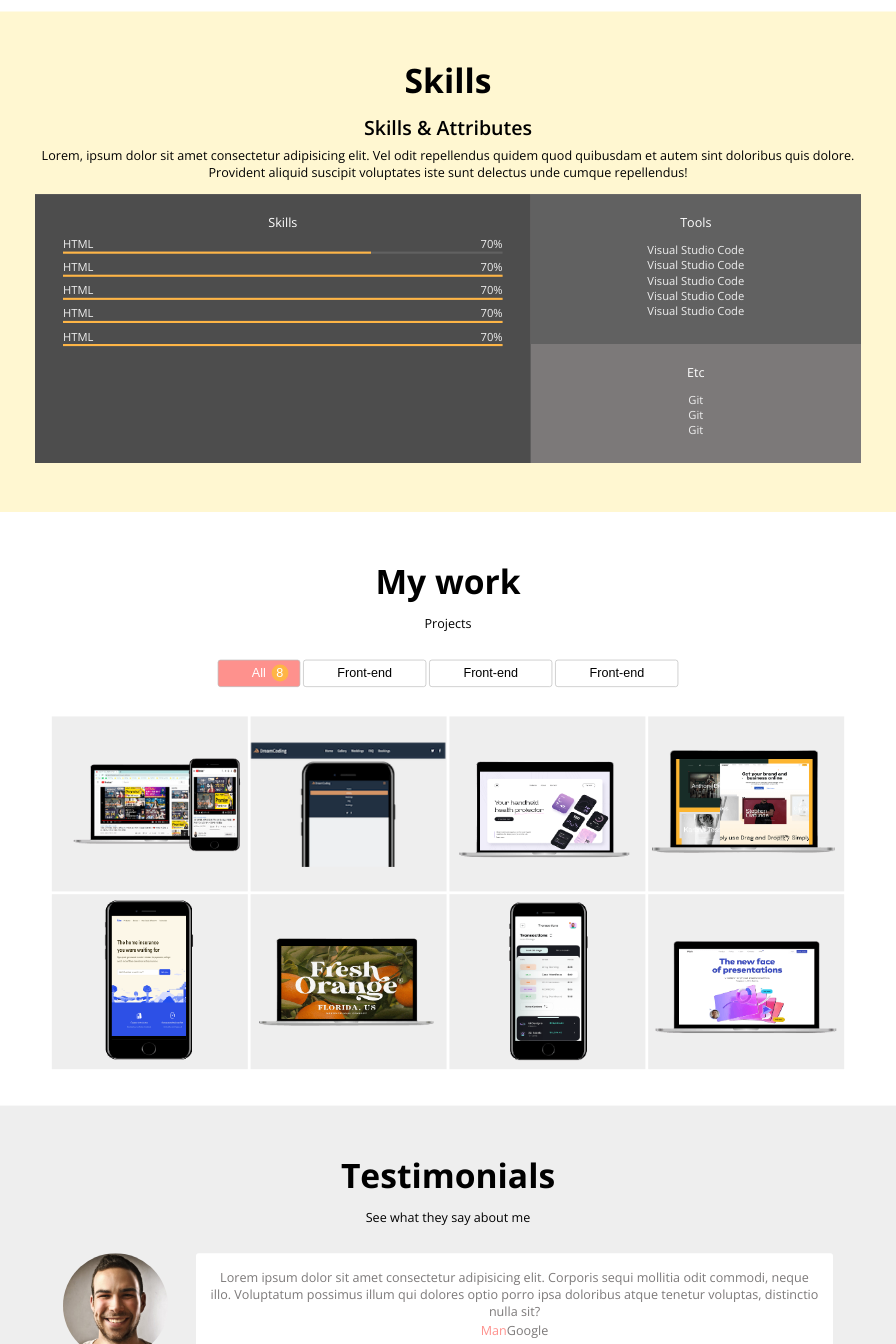
Repository: beomsu9696/Dream_Coding_Academy4
Page: index.html
These files come from the project's save history. The page is drawn as it stood at one moment and after the next save; the edit follows.
The browser window is 1280 px wide. The pictures show the part of the page from y = 1459 to 3379 px (the page is 4079 px tall), at 70% of full size.
Some web libraries are served in a nearby version.

Above is the page before, as saved 2021-01-27 12:21:31.

After the next save:
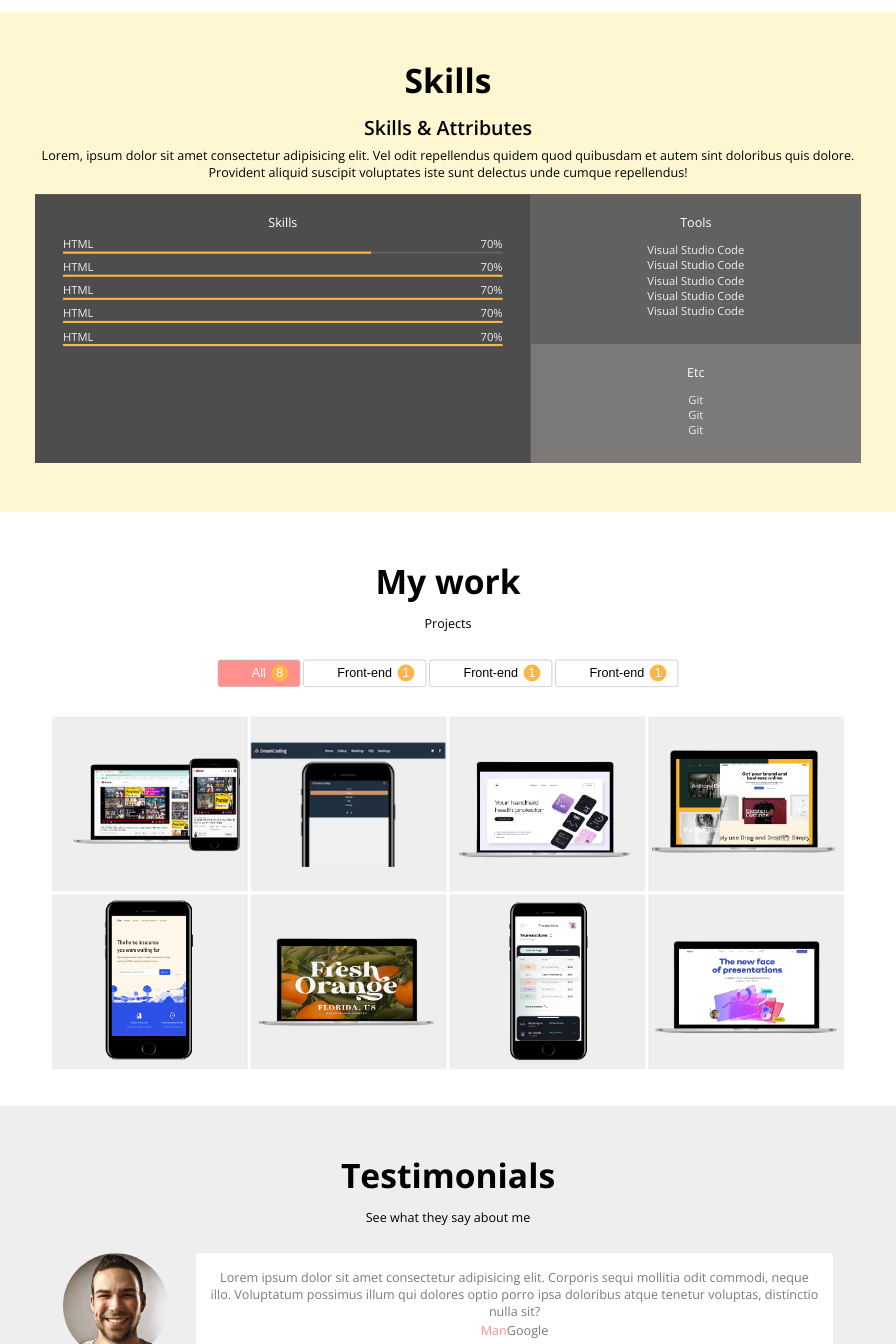
Saved 40 s later.
--- a/style.css
+++ b/style.css
@@ -327,7 +327,7 @@
 }
 
 .category__btn.selected .category__count,
-.category__btn:hover .category__count {
+.category__btn .category__count {
   opacity: 1;
   top: 6px;
 }

After the save that followed:
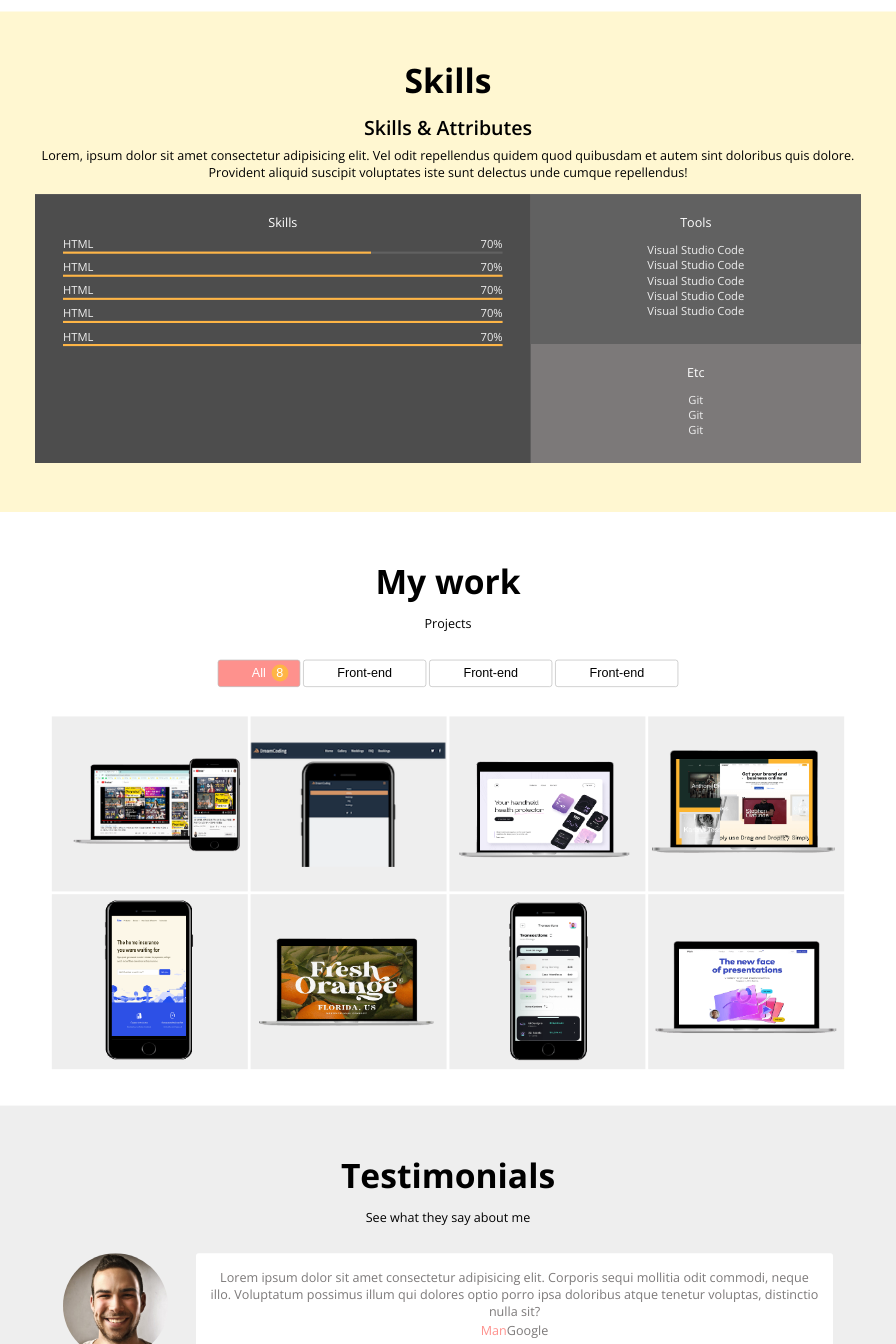
Saved 6 s later.
--- a/style.css
+++ b/style.css
@@ -327,7 +327,7 @@
 }
 
 .category__btn.selected .category__count,
-.category__btn .category__count {
+.category__btn:hover .category__count {
   opacity: 1;
   top: 6px;
 }
